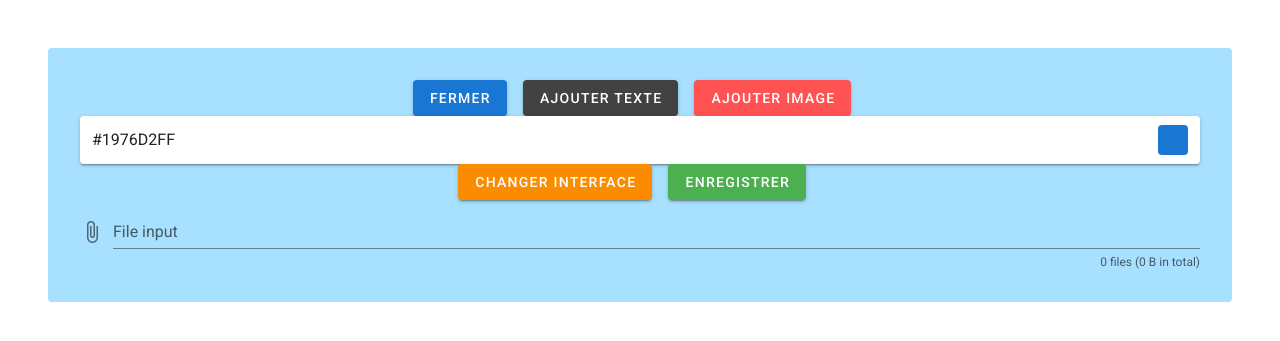
Repository: Hamagistral/BannerApp-Vue
Page: /#/dynamicPage
These files come from the project's save history. The page is drawn as it stood at one moment and after the next save; the edit follows.
The browser window is 1280 px wide. The pictures show the whole page.
The project was rebuilt for these pictures with package versions that can differ from the ones it lists, and the page was loaded fresh each time. Also part of the build but not shown: vue.config.js, src/components/WidgetText.vue, src/components/WidgetImage.vue, src/components/Home.vue.

Above is the page before, as saved 2023-02-07 01:46:45.

After the next save:
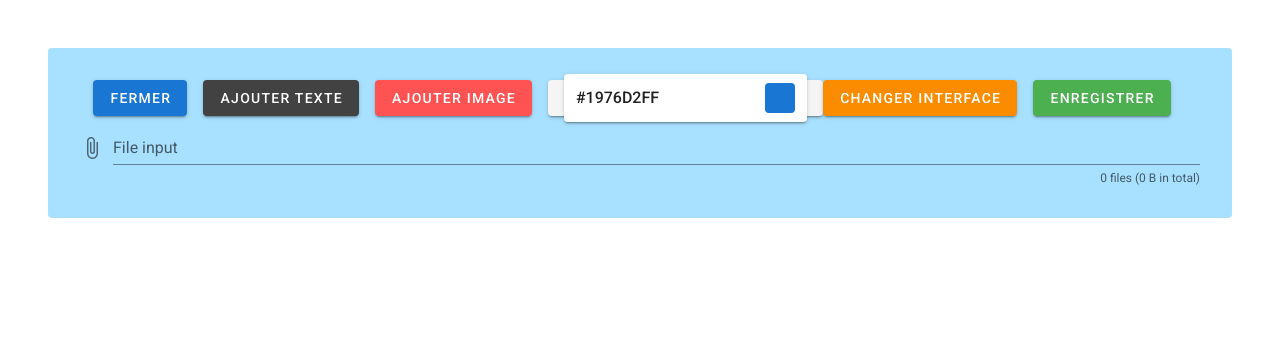
Saved 17 s later.
--- a/src/components/DynamicPage.vue
+++ b/src/components/DynamicPage.vue
@@ -14,6 +14,7 @@
           Ajouter Image
         </v-btn>
 
+        <v-btn >
             <v-text-field v-model="color" v-mask="mask" hide-details class="ma-0 pa-0" solo>
               <template v-slot:append>
                 <v-menu v-model="menu" top nudge-bottom="105" nudge-left="16" :close-on-content-click="false">
@@ -28,6 +29,7 @@
                 </v-menu>
               </template>
             </v-text-field>
+        </v-btn>
 
         <v-btn color="warning" class="mr-4">
           Changer Interface

After the 3 saves that followed:
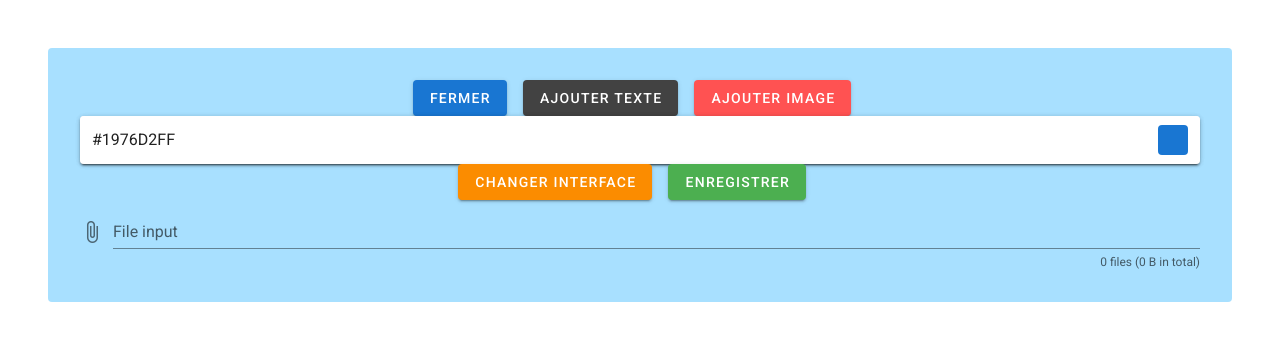
The 3 saves are shown as one change because 1 left the picture as it was and some came seconds apart.
The last was saved 12 s later.
--- a/src/components/DynamicPage.vue
+++ b/src/components/DynamicPage.vue
@@ -14,7 +14,7 @@
           Ajouter Image
         </v-btn>
 
-        <v-btn >
+        <v-card>
             <v-text-field v-model="color" v-mask="mask" hide-details class="ma-0 pa-0" solo>
               <template v-slot:append>
                 <v-menu v-model="menu" top nudge-bottom="105" nudge-left="16" :close-on-content-click="false">
@@ -29,7 +29,7 @@
                 </v-menu>
               </template>
             </v-text-field>
-        </v-btn>
+        </v-card>
 
         <v-btn color="warning" class="mr-4">
           Changer Interface
